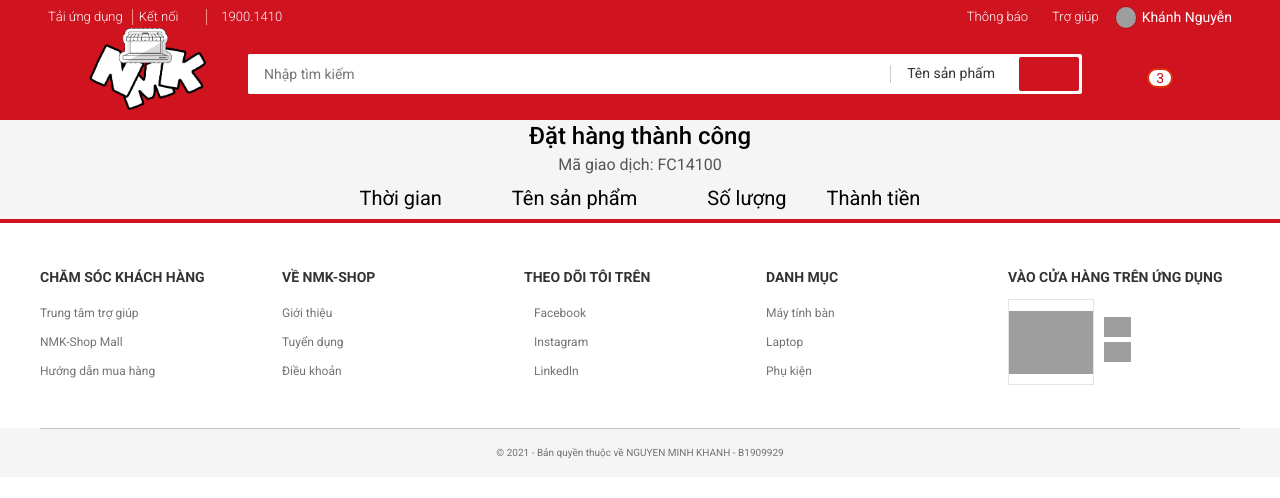
Repository: NguyenMinhKhanhB1909929/NMK-Shop
Page: orderedSuccess.html
An editor plug-in stored every save of this project. The page is shown before and after the next save, followed by the edit.
The browser window is 1280 px wide. The pictures show the whole page.
Pictures or frames that could not be fetched are drawn as grey boxes. Some icons come from a web library that is not loaded, so they are not drawn.

Above is the page before, as saved 2021-12-04 16:08:59.
Console error: TypeError: Cannot set properties of null (setting 'onclick')

After the next save:
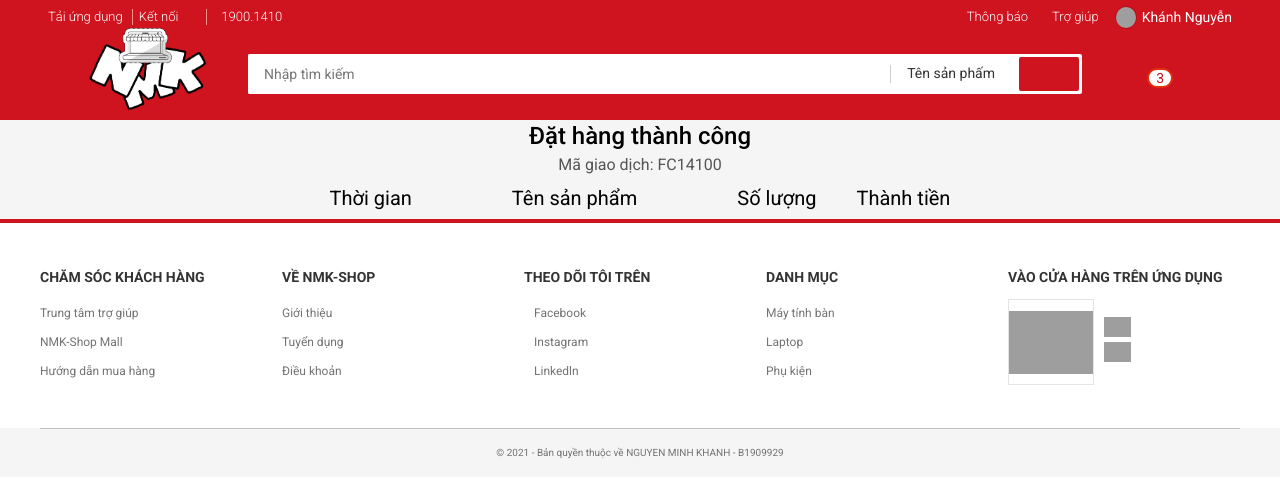
Saved 6 s later.
--- a/assets/css/orderSuccess.css
+++ b/assets/css/orderSuccess.css
@@ -32,7 +32,7 @@
   padding: 10px 20px;
 }
 .ordered__success-table-title-name {
-  padding: 10px 50px;
+  padding: 10px 80px;
 }
 .ordered__success-table-title-quantity {
   padding: 10px 20px;
